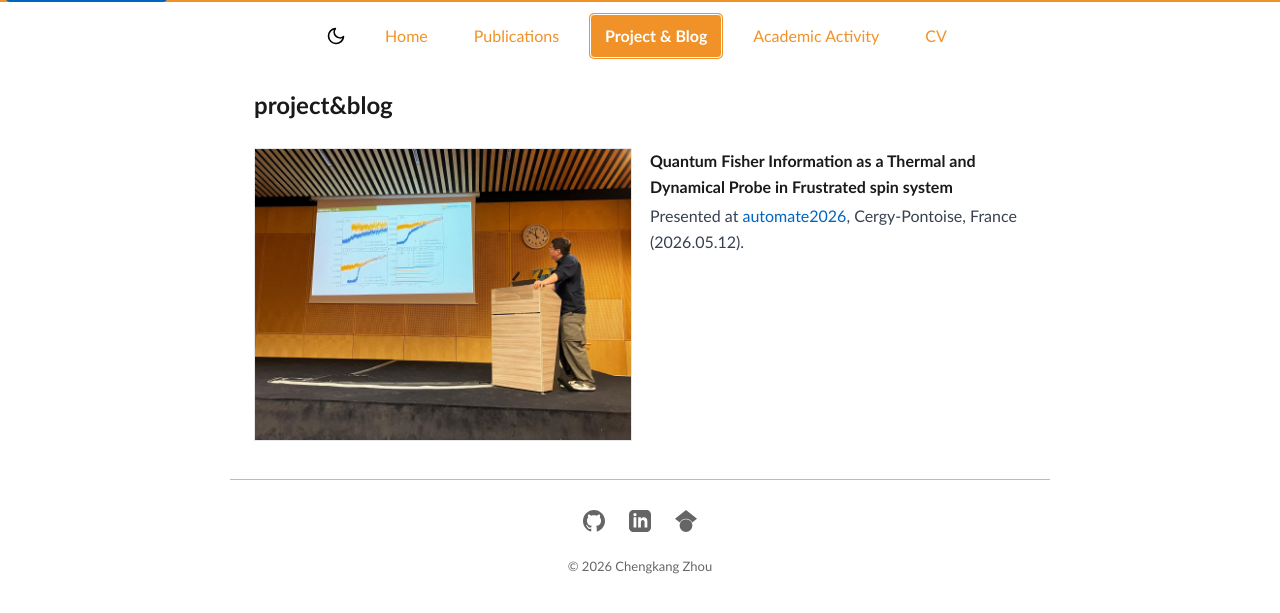
Repository: argyibug/zhouchk
Page: projects.html
An editor plug-in stored every save of this project. The page is shown before and after the next save, followed by the edit.
The browser window is 1280 px wide. The pictures show the whole page.

Above is the page before, as saved 2026-06-01 10:18:57.

### projects.html
<!DOCTYPE HTML>
<html lang="en">

<head>
  <meta http-equiv="Content-Type" content="text/html; charset=UTF-8">
  <title>project&amp;blog - Chengkang Zhou</title>
  <meta name="author" content="Chengkang Zhou">
  <meta name="viewport" content="width=device-width, initial-scale=1">
  <meta name="description" content="project&amp;blog by Chengkang Zhou.">
  <meta name="robots" content="index, follow">

  <meta property="og:title" content="project&amp;blog - Chengkang Zhou">
  <meta property="og:description" content="project&amp;blog by Chengkang Zhou.">
  <meta property="og:image" content="https://argyibug.github.io/zhouchk/figures/me.jpg">
  <meta property="og:url" content="https://argyibug.github.io/zhouchk/projects.html">
  <meta property="og:type" content="profile">

  <meta name="twitter:card" content="summary">
  <meta name="twitter:title" content="project&amp;blog - Chengkang Zhou">
  <meta name="twitter:description" content="project&amp;blog by Chengkang Zhou.">
  <meta name="twitter:image" content="https://argyibug.github.io/zhouchk/figures/me.jpg">

  <link rel="stylesheet" type="text/css" href="stylesheet.css">
  <link rel="stylesheet" type="text/css" href="shared-styles.css">
  <link rel="icon" type="image/png" href="figures/logo.png">
  <style>
    .page-title {
      font-size: 24px;
      font-weight: 700;
      color: #1a1a1a;
      margin-bottom: 24px;
      text-align: left;
    }

    .project-item {
      margin-bottom: 16px;
      padding: 0;
      display: flex;
      align-items: stretch;
      gap: 20px;
    }

    .project-media {
      flex: 0 0 calc(50% - 10px);
      max-width: calc(50% - 10px);
    }

    .project-demo-image {
      width: 100%;
      height: 100%;
      min-height: 260px;
      object-fit: cover;
      border: 1px solid #e5e7eb;
      background-color: var(--section-bg);
    }

    .project-content {
      flex: 0 0 calc(50% - 10px);
      max-width: calc(50% - 10px);
    }

    .project-no-media .project-content {
      flex: 1 1 100%;
      max-width: 100%;
    }

    .project-title {
      font-size: 16px;
      font-weight: 600;
      margin-bottom: 4px;
      color: #1a1a1a;
    }

    .project-title a {
      font-size: 16px;
    }

    .project-description {
      margin-bottom: 0;
      line-height: 1.6;
      color: #374151;
    }

    #projects-list {
      list-style: none !important;
      padding-left: 0 !important;
    }

    [data-theme="dark"] .page-title { color: var(--text-color); }
    [data-theme="dark"] .project-title { color: var(--text-color); }
    [data-theme="dark"] .project-description { color: var(--text-color); }
    [data-theme="dark"] .project-demo-image { border-color: #374151; }

    @media screen and (max-width: 768px) {
      .project-item {
        flex-direction: column;
        gap: 10px;
      }

      .project-media,
      .project-content {
        flex: 1 1 100%;
        max-width: 100%;
      }

      .project-demo-image {
        width: 100%;
        height: auto;
        min-height: 0;
        max-height: 380px;
        object-fit: contain;
      }
    }
  </style>
</head>

<body>
  <div id="site-nav"></div>

  <main id="main-content" class="main-content-wrapper page-shell">
    <h1 class="page-title">project&amp;blog</h1>

    <div style="margin-bottom:24px;">
      <ul id="projects-list">
        <!-- Projects will be inserted here -->
      </ul>
    </div>
  </main>

  <div id="site-footer"></div>

  <!-- Load JavaScript files -->
  <script src="site-shell.js"></script>
  <script src="utils.js"></script>
  <!-- Load data first, then populate projects -->
  <script src="data.js"></script>
  <script>
    // Projects page specific script
    document.addEventListener('DOMContentLoaded', function() {
      // Populate all projects (both selected and non-selected)
      populateProjects(getAllProjects(), 'projects-list');

      // Initialize dark mode toggle (uses utils.js with sun/moon icons)
      initializeDarkMode();

      // Initialize back to top button
      initializeBackToTop();
    });

    /**
     * Function to populate projects in the specified container element
     * @param {Array} projects - Array of project objects
     * @param {string} containerId - ID of the container element to populate
     */
    function populateProjects(projects, containerId) {
      const container = document.getElementById(containerId);
      if (!container) return;

      projects.forEach(project => {
        const li = document.createElement('li');
        li.className = 'project-item';

        // Project demo image
        if (project.demoPath) {
          const imgDiv = document.createElement('div');
          imgDiv.className = 'project-media';
          const img = document.createElement('img');
          img.src = project.demoPath;
          img.alt = `${project.title} demo`;
          img.className = 'project-demo-image';
          img.loading = 'lazy';

          // Check if project has a homepage link to make image clickable
          const homepageMatch = project.description.match(/<a href="([^"]+)">Project Homepage<\/a>/);
          if (homepageMatch) {
            const homepageUrl = homepageMatch[1];
            const imgLink = document.createElement('a');
            imgLink.href = homepageUrl;
            imgLink.target = '_blank';
            imgLink.rel = 'noopener';
            imgLink.style.textDecoration = 'none';
            imgLink.appendChild(img);
            imgDiv.appendChild(imgLink);
          } else {
            imgDiv.appendChild(img);
          }

          li.appendChild(imgDiv);
        } else {
          li.classList.add('project-no-media');
        }

        // Project content container
        const contentDiv = document.createElement('div');
        contentDiv.className = 'project-content';

        // Project title with homepage link
        const titleDiv = document.createElement('div');
        titleDiv.className = 'project-title';

        // Check if project has a homepage link in the description
        const homepageMatch = project.description.match(/<a href="([^"]+)">Project Homepage<\/a>/);
        if (homepageMatch) {
          const homepageUrl = homepageMatch[1];
          const titleText = project.title;
          titleDiv.innerHTML = `<strong><a href="${homepageUrl}" target="_blank" rel="noopener">${titleText}</a></strong>`;
        } else {
          titleDiv.textContent = project.title;
        }

        // Project description (remove homepage link from description since it's now in title)
        const descDiv = document.createElement('div');
        descDiv.className = 'project-description';
        // Remove the homepage link from description since it's now in the title
        const cleanDescription = project.description.replace(/<a href="[^"]+">Project Homepage<\/a>/, '');
        // Clean up any extra spaces or punctuation that might be left
        const finalDescription = cleanDescription.replace(/\s*\(\s*\)\s*/, '').trim();
        descDiv.innerHTML = finalDescription;

        // Append elements
        contentDiv.appendChild(titleDiv);
        contentDiv.appendChild(descDiv);
        li.appendChild(contentDiv);
        container.appendChild(li);
      });
    }

    // Dark mode functions are loaded from utils.js
  </script>
</body>

</html>

### stylesheet.css
/* latin-ext */
@font-face {
  font-family: 'Lato';
  font-style: italic;
  font-weight: 400;
  font-display: swap;
  src: local('Lato Italic'), local('Lato-Italic'), url(https://fonts.gstatic.com/s/lato/v15/S6u8w4BMUTPHjxsAUi-qNiXg7eU0.woff2) format('woff2');
  unicode-range: U+0100-024F, U+0259, U+1E00-1EFF, U+2020, U+20A0-20AB, U+20AD-20CF, U+2113, U+2C60-2C7F, U+A720-A7FF;
}
/* latin */
@font-face {
  font-family: 'Lato';
  font-style: italic;
  font-weight: 400;
  font-display: swap;
  src: local('Lato Italic'), local('Lato-Italic'), url(https://fonts.gstatic.com/s/lato/v15/S6u8w4BMUTPHjxsAXC-qNiXg7Q.woff2) format('woff2');
  unicode-range: U+0000-00FF, U+0131, U+0152-0153, U+02BB-02BC, U+02C6, U+02DA, U+02DC, U+2000-206F, U+2074, U+20AC, U+2122, U+2191, U+2193, U+2212, U+2215, U+FEFF, U+FFFD;
}
/* latin-ext */
@font-face {
  font-family: 'Lato';
  font-style: italic;
  font-weight: 700;
  font-display: swap;
  src: local('Lato Bold Italic'), local('Lato-BoldItalic'), url(https://fonts.gstatic.com/s/lato/v15/S6u_w4BMUTPHjxsI5wq_FQftx9897sxZ.woff2) format('woff2');
  unicode-range: U+0100-024F, U+0259, U+1E00-1EFF, U+2020, U+20A0-20AB, U+20AD-20CF, U+2113, U+2C60-2C7F, U+A720-A7FF;
}
/* latin */
@font-face {
  font-family: 'Lato';
  font-style: italic;
  font-weight: 700;
  font-display: swap;
  src: local('Lato Bold Italic'), local('Lato-BoldItalic'), url(https://fonts.gstatic.com/s/lato/v15/S6u_w4BMUTPHjxsI5wq_Gwftx9897g.woff2) format('woff2');
  unicode-range: U+0000-00FF, U+0131, U+0152-0153, U+02BB-02BC, U+02C6, U+02DA, U+02DC, U+2000-206F, U+2074, U+20AC, U+2122, U+2191, U+2193, U+2212, U+2215, U+FEFF, U+FFFD;
}
/* latin-ext */
@font-face {
  font-family: 'Lato';
  font-style: normal;
  font-weight: 400;
  font-display: swap;
  src: local('Lato Regular'), local('Lato-Regular'), url(https://fonts.gstatic.com/s/lato/v15/S6uyw4BMUTPHjxAwXiWtFCfQ7A.woff2) format('woff2');
  unicode-range: U+0100-024F, U+0259, U+1E00-1EFF, U+2020, U+20A0-20AB, U+20AD-20CF, U+2113, U+2C60-2C7F, U+A720-A7FF;
}
/* latin */
@font-face {
  font-family: 'Lato';
  font-style: normal;
  font-weight: 400;
  font-display: swap;
  src: local('Lato Regular'), local('Lato-Regular'), url(https://fonts.gstatic.com/s/lato/v15/S6uyw4BMUTPHjx4wXiWtFCc.woff2) format('woff2');
  unicode-range: U+0000-00FF, U+0131, U+0152-0153, U+02BB-02BC, U+02C6, U+02DA, U+02DC, U+2000-206F, U+2074, U+20AC, U+2122, U+2191, U+2193, U+2212, U+2215, U+FEFF, U+FFFD;
}
/* latin-ext */
@font-face {
  font-family: 'Lato';
  font-style: normal;
  font-weight: 700;
  font-display: swap;
  src: local('Lato Bold'), local('Lato-Bold'), url(https://fonts.gstatic.com/s/lato/v15/S6u9w4BMUTPHh6UVSwaPGQ3q5d0N7w.woff2) format('woff2');
  unicode-range: U+0100-024F, U+0259, U+1E00-1EFF, U+2020, U+20A0-20AB, U+20AD-20CF, U+2113, U+2C60-2C7F, U+A720-A7FF;
}
/* latin */
@font-face {
  font-family: 'Lato';
  font-style: normal;
  font-weight: 700;
  font-display: swap;
  src: local('Lato Bold'), local('Lato-Bold'), url(https://fonts.gstatic.com/s/lato/v15/S6u9w4BMUTPHh6UVSwiPGQ3q5d0.woff2) format('woff2');
  unicode-range: U+0000-00FF, U+0131, U+0152-0153, U+02BB-02BC, U+02C6, U+02DA, U+02DC, U+2000-206F, U+2074, U+20AC, U+2122, U+2191, U+2193, U+2212, U+2215, U+FEFF, U+FFFD;
}

:root {
  --primary-color: #0065C0;
  --secondary-color: #f09228;
  --text-color: #000000;
  --bg-color: #FFFFFF;
  --border-color: #bbb;
  --sidebar-bg: #FFFFFF;
  --section-bg: #FFFFFF;
  --hover-bg: rgba(240, 146, 40, 0.08);
  --shadow-color: rgba(0, 0, 0, 0.1);
  --placeholder-bg: #f5f5f5;
  --placeholder-text: #666;
}

/* Dark mode colors */
[data-theme="dark"] {
  --primary-color: #6BA3F5;
  --secondary-color: #FFB366;
  --text-color: #D4D4D4;
  --bg-color: #1F1F1F;
  --border-color: #4A4A4A;
  --sidebar-bg: #2A2A2A;
  --section-bg: #252525;
  --hover-bg: rgba(255, 179, 102, 0.12);
  --shadow-color: rgba(0, 0, 0, 0.2);
  --placeholder-bg: #333333;
  --placeholder-text: #B8B8B8;
}

/* Ensure body background changes in dark mode */
[data-theme="dark"] body {
  background-color: var(--bg-color) !important;
}

/* Fix profile photo background in dark mode */
[data-theme="dark"] .profile-photo {
  background-color: transparent !important;
  border-color: var(--border-color);
}

/* Ensure main content has proper background in dark mode */
[data-theme="dark"] #main-content {
  background-color: var(--bg-color);
}

/* Fix table backgrounds in dark mode */
[data-theme="dark"] table {
  background-color: var(--bg-color) !important;
}

/* Remove section background styling for cleaner look */

/* Fix highlight color in dark mode */
[data-theme="dark"] span.highlight {
  background-color: #3a3a00;
  color: #ffff80;
}

/* Fix venue colors in dark mode */
[data-theme="dark"] .venue {
  color: var(--primary-color);
}

/* Fix paper rest color in dark mode */
[data-theme="dark"] .paper_rest {
  color: var(--text-color);
}

/* Global styles */
body {
  font-family: 'Lato', Verdana, Helvetica, sans-serif;
  font-size: 16px;
  line-height: 1.6;
  color: var(--text-color);
  background-color: var(--bg-color);
  margin: 0;
  padding: 0;
}

p, strong, td, th, tr {
  font-family: 'Lato', Verdana, Helvetica, sans-serif;
  font-size: inherit;
  color: var(--text-color);
}

a {
  font-family: 'Lato', Verdana, Helvetica, sans-serif;
  font-size: inherit;
  color: var(--primary-color);
  text-decoration: none;
  transition: color 0.2s ease;
}

a:focus, a:hover {
  color: var(--secondary-color);
  text-decoration: none;
}


/* Publication styles */
.papertitle {
  font-family: 'Lato', Verdana, Helvetica, sans-serif;
  font-size: 16px;
  font-weight: 600;
  color: #1a1a1a;
  margin-bottom: 1px;
}

[data-theme="dark"] .papertitle {
  color: var(--text-color);
}

.venue {
  color: #9ca3af;
}

.paper_rest {
  font-size: 14px;
  color: #6b7280;
  line-height: 1.4;
  margin-bottom: 2px;
}

[data-theme="dark"] .paper_rest {
  color: #b8b8b8;
}

.paper_bottom_space {
  margin-bottom: 4px;
}

/* Image styles */
.one {
  width: 160px;
  height: 160px;
  position: relative;
}

.two {
  width: 160px;
  height: 160px;
  position: absolute;
  transition: opacity .2s ease-in-out;
  -moz-transition: opacity .2s ease-in-out;
  -webkit-transition: opacity .2s ease-in-out;
}

.fade {
  transition: opacity .2s ease-in-out;
  -moz-transition: opacity .2s ease-in-out;
  -webkit-transition: opacity .2s ease-in-out;
}

span.highlight {
  background-color: #ffffd0;
}

/* Main Content */
#main-content {
  max-width: 820px;
  margin: 0 auto;
  padding: 0 24px;
  box-sizing: border-box;
}

/* Smooth scrolling for the entire page */
html {
  scroll-behavior: smooth;
}

/* Enhanced hover effects for links */
a {
  transition: color 0.3s ease, text-shadow 0.3s ease;
}

a:hover {
  text-shadow: 0 1px 2px rgba(0, 101, 192, 0.1);
}

/* Section spacing */

/* Profile photo */
.profile-photo {
  box-shadow: 0 4px 8px rgba(0, 0, 0, 0.1);
}



/* Focus styles for accessibility */
a:focus, button:focus {
  outline: 2px solid var(--primary-color);
  outline-offset: 2px;
}

/* Skip to main content link (hidden by default) */
.skip-link {
  position: absolute;
  top: -40px;
  left: 6px;
  background: var(--primary-color);
  color: white;
  padding: 8px;
  text-decoration: none;
  z-index: 1000;
  border-radius: 4px;
}

.skip-link:focus {
  top: 6px;
}

/* Scroll progress indicator */
.scroll-progress {
  position: fixed;
  top: 0;
  left: 0;
  width: 0%;
  height: 3px;
  background: linear-gradient(to right, var(--primary-color), var(--secondary-color));
  z-index: 1000;
  transition: width 0.1s ease;
}

/* Loading animation for lazy content */
@keyframes pulse {
  0% { opacity: 1; }
  50% { opacity: 0.7; }
  100% { opacity: 1; }
}

.loading {
  animation: pulse 1.5s ease-in-out infinite;
}


/* Responsive Design */
@media screen and (max-width: 768px) {
  /* Improve mobile layout for profile section */
  .profile-photo {
    float: none !important;
    display: block;
    margin: 20px auto !important;
    width: 150px !important;
    height: auto !important;
    object-fit: contain;
  }

  /* Adjust text centering for mobile */
  .profile-photo + div p[style*="text-align:center"] {
    text-align: center !important;
    margin-left: 0 !important;
  }

  /* Make map container responsive */
  #map-container {
    width: 120px !important;
    height: 120px !important;
    margin: 0 auto;
  }
}

@media screen and (max-width: 480px) {
  body {
    font-size: 14px;
  }

  p, strong, td, th, tr, a {
    font-size: 14px;
  }

  .papertitle {
    font-size: 16px;
  }

  .paper_rest {
    font-size: 14px;
  }

  .profile-photo {
    width: 120px !important;
    height: auto !important;
    object-fit: contain;
  }

  /* Stack honors and map vertically on very small screens */
  .honors-map-container {
    display: block !important;
  }

  .honors-map-container td {
    display: block !important;
    width: 100% !important;
    text-align: left !important;
  }

  #map-container {
    margin: 20px auto 0 !important;
    text-align: center;
  }
}

/* Print styles */
@media print {
  a {
    color: var(--text-color);
    text-decoration: underline;
  }
}

### shared-styles.css
/**
 * Shared Styles for All Pages
 * Contains navigation, layout, and common component styles
 */

/* Navigation Styles */
.page-shell {
  max-width: 820px;
  margin: 0 auto;
  padding: 32px 24px 48px;
}

.page-shell-footer {
  max-width: 820px;
  margin: 0 auto;
  padding: 0 24px;
}

.page-shell-footer-wide {
  max-width: 1200px;
  padding: 0 20px;
}

.nav-buttons {
  display: flex;
  justify-content: flex-end;
  align-items: center;
  gap: 18px;
  padding: 20px 35px;
  flex-wrap: wrap;
  border-top: 2px solid var(--secondary-color);
}

.nav-button {
  display: inline-block;
  padding: 6px 12px;
  background-color: transparent;
  color: var(--secondary-color);
  font-weight: 500;
  font-size: 14px;
  transition: all 0.25s ease;
  text-align: center;
  border: 1px solid transparent;
  border-radius: 4px;
}

.nav-button:hover {
  color: var(--secondary-color);
  background-color: var(--hover-bg);
}

/* Theme Toggle Button - Sun/Moon Icons */
.theme-toggle {
  background: transparent;
  border: none;
  border-radius: 8px;
  width: 36px;
  height: 36px;
  cursor: pointer;
  display: flex;
  align-items: center;
  justify-content: center;
  transition: all 0.2s ease;
  color: var(--text-color);
  padding: 6px;
}

.theme-toggle:hover {
  background-color: var(--hover-bg);
  color: var(--secondary-color);
}

.theme-toggle:focus {
  outline: 2px solid var(--primary-color);
  outline-offset: 2px;
}

.theme-toggle svg {
  width: 20px;
  height: 20px;
}

/* Navigation Active State */
.nav-button[aria-current="page"] {
  color: #ffffff;
  font-weight: 600;
  background-color: var(--secondary-color);
  border-color: #ffffff;
  box-shadow: 0 0 0 1px var(--secondary-color);
}

/* Main Content Layout - Only applies to pages without specific overrides */

/* List Spacing */
.section-spacing ul,
.section-spacing ul.publication-list,
td ul {
  margin-top: 0px !important;
  margin-bottom: 0px !important;
}

.section-spacing li,
.section-spacing ul li,
td li,
td ul li,
li {
  margin-bottom: 8px !important;
  margin-top: 0px !important;
  padding-bottom: 0px !important;
  padding-top: 0px !important;
}

.publication-list li,
ul.publication-list li {
  margin-bottom: 12px !important;
  margin-top: 0px !important;
  padding-bottom: 0px !important;
  padding-top: 0px !important;
}

li p {
  margin: 0px !important;
  padding: 0px !important;
}

/* Publication Styles - Consistent indentation */
.publication-list {
  list-style-type: none !important;
  padding-left: 0 !important;
  margin: 0 0 20px 0 !important;
}

/* Ensure all lists have consistent indentation */
ul, ol {
  list-style-type: none !important;
  padding-left: 0 !important;
  margin: 0 0 20px 0 !important;
}

/* Override any specific list variations */
#projects-list, #research-experience-list, #academic-services-list, #teaching-list, #honors-list {
  list-style-type: none !important;
  padding-left: 0 !important;
  margin: 0 0 20px 0 !important;
}

/* Ensure all content inside main-content-wrapper is properly aligned */
.main-content-wrapper > * {
  box-sizing: border-box;
}

.publication-list li {
  margin-bottom: 16px;
}

.papertitle {
  margin-bottom: 6px;
}

.new-badge {
  color: #6b7280;
  font-size: 12px;
  font-weight: 600;
  letter-spacing: 0.04em;
  text-transform: uppercase;
  margin-right: 8px;
}

[data-theme="dark"] .new-badge {
  color: #9ca3af;
}

.paper_rest {
  margin-bottom: 6px;
}

.paper_rest b,
.paper_rest strong {
  color: var(--secondary-color);
  font-weight: 800;
  font-size: 1.06em;
}

.paper-venue {
  color: #9ca3af;
}

[data-theme="dark"] .paper-venue {
  color: #888;
}

.paper-links {
  font-size: 16px;
}

.paper-links a {
  color: var(--primary-color);
  font-weight: 400;
  transition: color 0.2s ease;
}

.paper-links a:hover,
.paper-links a:focus-visible {
  color: var(--secondary-color);
  outline: none;
}

.paper-links a:focus {
  outline: none;
}

.detail-container,
.abstract-container,
.citation-container {
  margin-top: 12px;
}

.abstract-toggle,
.citation-toggle {
  display: inline;
  padding: 0;
  margin: 0;
  font-size: 16px;
  font-family: inherit;
  font-weight: 400;
  color: var(--primary-color);
  background: none;
  border: none;
  cursor: pointer;
  text-decoration: none;
  transition: color 0.2s ease;
}

.abstract-toggle:hover,
.abstract-toggle:focus-visible,
.citation-toggle:hover,
.citation-toggle:focus-visible {
  color: var(--secondary-color);
}

.abstract-toggle:focus,
.citation-toggle:focus {
  outline: none;
}

.abstract-toggle[aria-expanded="true"],
.citation-toggle[aria-expanded="true"] {
  color: var(--secondary-color);
}

.detail-content {
  margin-top: 10px;
  padding: 0;
  border: none;
  background: transparent;
  box-shadow: none;
  line-height: 1.6;
  font-size: 16px;
}

.abstract-content {
  text-align: justify;
  text-justify: inter-word;
}

.detail-content p {
  margin: 0 0 10px 0;
}

.detail-content p:last-child {
  margin-bottom: 0;
}

.detail-content pre {
  margin: 0;
  padding: 12px 14px;
  background-color: var(--section-bg);
  border: 1px solid var(--border-color);
  border-radius: 6px;
  font-size: 13px;
  overflow: auto;
}

/* Page Title Styles */
.page-title {
  text-align: left;
  font-size: 24px;
  font-weight: 700;
  margin-bottom: 24px;
  color: #1a1a1a;
}

/* Responsive Design */
@media screen and (max-width: 1315px) {
  .nav-buttons {
    justify-content: center;
    gap: 12px 16px;
    padding: 12px 16px;
  }

  .nav-button {
    display: inline-flex;
    align-items: center;
    justify-content: center;
    padding: 8px 14px;
    font-size: 16px;
  }

  .theme-toggle {
    order: -1; /* Move theme toggle to the left */
  }

  .main-content-wrapper:not(.page-shell) {
    padding: 0 15px;
  }
}

@media screen and (max-width: 768px) {
  .page-shell {
    padding: 24px 16px 40px;
  }

  .page-shell-footer {
    padding: 0 16px;
  }

  .page-shell-footer-wide {
    padding: 0 10px;
  }
}

@media screen and (max-width: 600px) {
  .theme-toggle {
    width: 32px;
    height: 32px;
  }

  .theme-toggle svg {
    width: 18px;
    height: 18px;
  }
}

/* Back to Top Button */
.back-to-top {
  position: fixed;
  bottom: 30px;
  right: 30px;
  width: 44px;
  height: 44px;
  background-color: var(--primary-color);
  color: white;
  border: none;
  border-radius: 50%;
  cursor: pointer;
  display: flex;
  align-items: center;
  justify-content: center;
  opacity: 0;
  visibility: hidden;
  transition: all 0.3s ease;
  box-shadow: 0 2px 10px rgba(0, 0, 0, 0.2);
  z-index: 999;
}

.back-to-top.visible {
  opacity: 1;
  visibility: visible;
}

.back-to-top:hover {
  background-color: var(--secondary-color);
  transform: translateY(-3px);
  box-shadow: 0 4px 15px rgba(0, 0, 0, 0.3);
}

.back-to-top svg {
  width: 20px;
  height: 20px;
}

/* Enhanced Footer - Refined styling with subtle hover effects */
.site-footer {
  border-top: 1px solid var(--border-color);
  margin-top: 40px;
  padding: 30px 20px;
  text-align: center;
}

.footer-social {
  display: flex;
  justify-content: center;
  gap: 24px;
  margin-bottom: 18px;
}

.footer-social a {
  color: var(--text-color);
  opacity: 0.6;
  transition: all 0.3s ease;
}

.footer-social a:hover {
  color: var(--primary-color);
  opacity: 1;
  transform: translateY(-2px);
}

.footer-social svg {
  width: 22px;
  height: 22px;
}

.footer-copyright {
  font-size: 13px;
  color: var(--text-color);
  opacity: 0.6;
  margin: 0;
}

@media screen and (max-width: 600px) {
  .back-to-top {
    bottom: 20px;
    right: 20px;
    width: 40px;
    height: 40px;
  }

  .footer-social {
    gap: 15px;
  }

  .footer-social svg {
    width: 20px;
    height: 20px;
  }
}

Loaded but not shown: data.js (245 lines, source omitted); site-shell.js (188 lines, source omitted); utils.js (95 lines, source omitted)

After the next save:
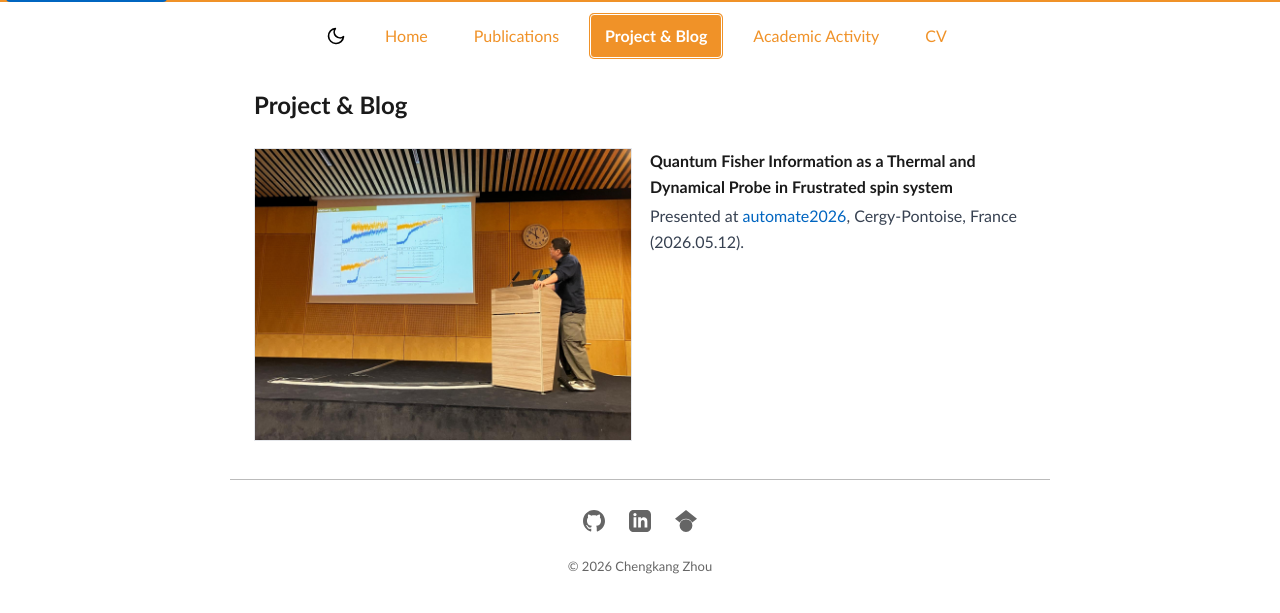
Saved 6 s later.
--- a/projects.html
+++ b/projects.html
@@ -3,21 +3,21 @@
 
 <head>
   <meta http-equiv="Content-Type" content="text/html; charset=UTF-8">
-  <title>project&amp;blog - Chengkang Zhou</title>
+  <title>Project &amp; Blog - Chengkang Zhou</title>
   <meta name="author" content="Chengkang Zhou">
   <meta name="viewport" content="width=device-width, initial-scale=1">
-  <meta name="description" content="project&amp;blog by Chengkang Zhou.">
+  <meta name="description" content="Project &amp; Blog by Chengkang Zhou.">
   <meta name="robots" content="index, follow">
 
-  <meta property="og:title" content="project&amp;blog - Chengkang Zhou">
-  <meta property="og:description" content="project&amp;blog by Chengkang Zhou.">
+  <meta property="og:title" content="Project &amp; Blog - Chengkang Zhou">
+  <meta property="og:description" content="Project &amp; Blog by Chengkang Zhou.">
   <meta property="og:image" content="https://argyibug.github.io/zhouchk/figures/me.jpg">
   <meta property="og:url" content="https://argyibug.github.io/zhouchk/projects.html">
   <meta property="og:type" content="profile">
 
   <meta name="twitter:card" content="summary">
-  <meta name="twitter:title" content="project&amp;blog - Chengkang Zhou">
-  <meta name="twitter:description" content="project&amp;blog by Chengkang Zhou.">
+  <meta name="twitter:title" content="Project &amp; Blog - Chengkang Zhou">
+  <meta name="twitter:description" content="Project &amp; Blog by Chengkang Zhou.">
   <meta name="twitter:image" content="https://argyibug.github.io/zhouchk/figures/me.jpg">
 
   <link rel="stylesheet" type="text/css" href="stylesheet.css">
@@ -118,7 +118,7 @@
   <div id="site-nav"></div>
 
   <main id="main-content" class="main-content-wrapper page-shell">
-    <h1 class="page-title">project&amp;blog</h1>
+    <h1 class="page-title">Project &amp; Blog</h1>
 
     <div style="margin-bottom:24px;">
       <ul id="projects-list">
